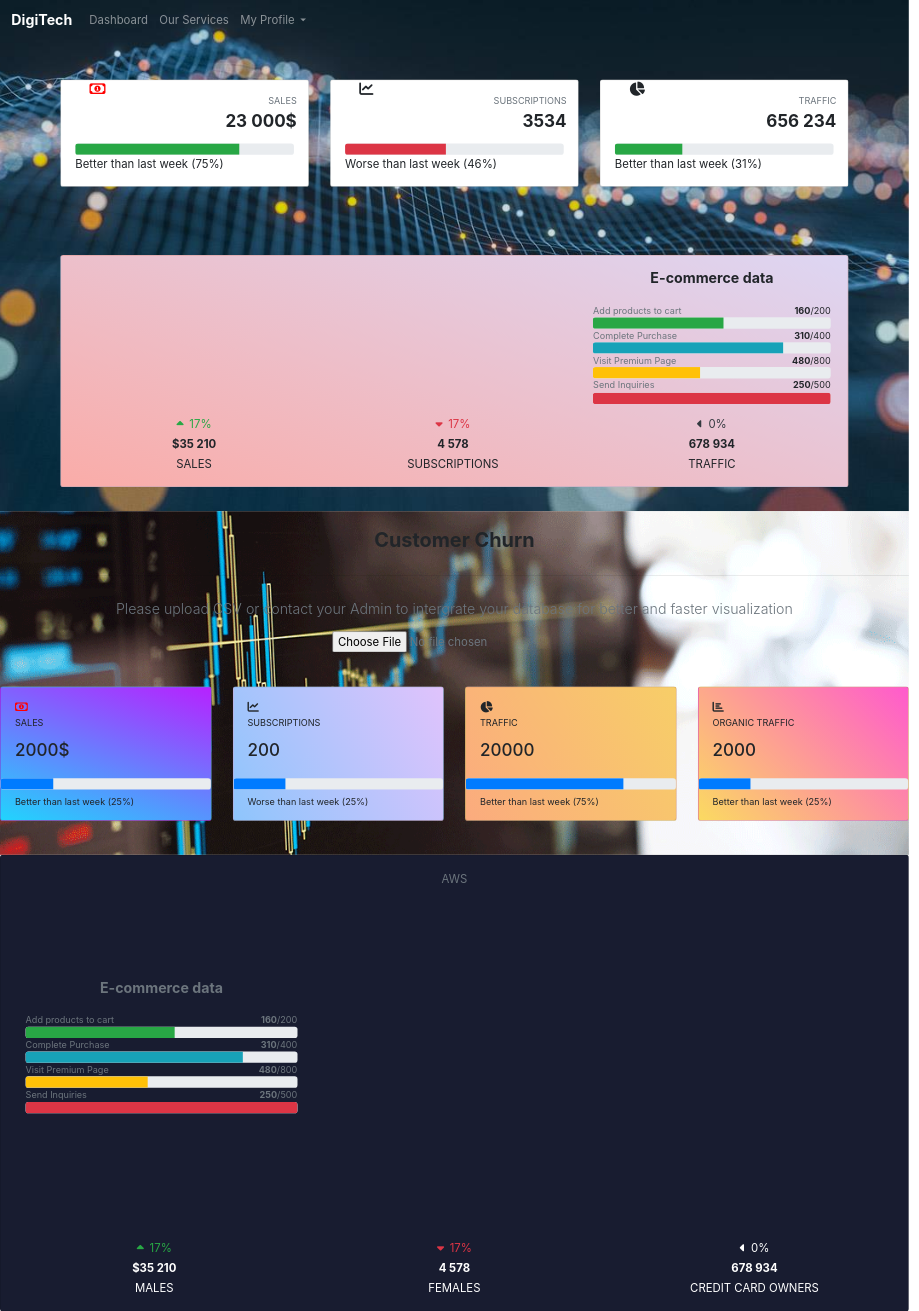
Repository: Tookliin/DigiTech
Page: /data
The author's editor kept a copy of each file at every save. The page is drawn from the files as they stood at one save, then again after the next save.
The browser window is 1280 px wide. The page is 1295 px wide, so the pictures cover 1295 px, including what lies to the right of the window. The pictures show the whole page, at 71% of full size.
The project was rebuilt for these pictures with package versions that can differ from the ones it lists, and the page was loaded fresh each time. Also part of the build but not shown: src/components/Dashboard.vue, src/components/Profile.vue, src/components/Error.vue, src/components/Register.vue.

Above is the page before, as saved 2020-07-22 08:38:38.

After the next save:
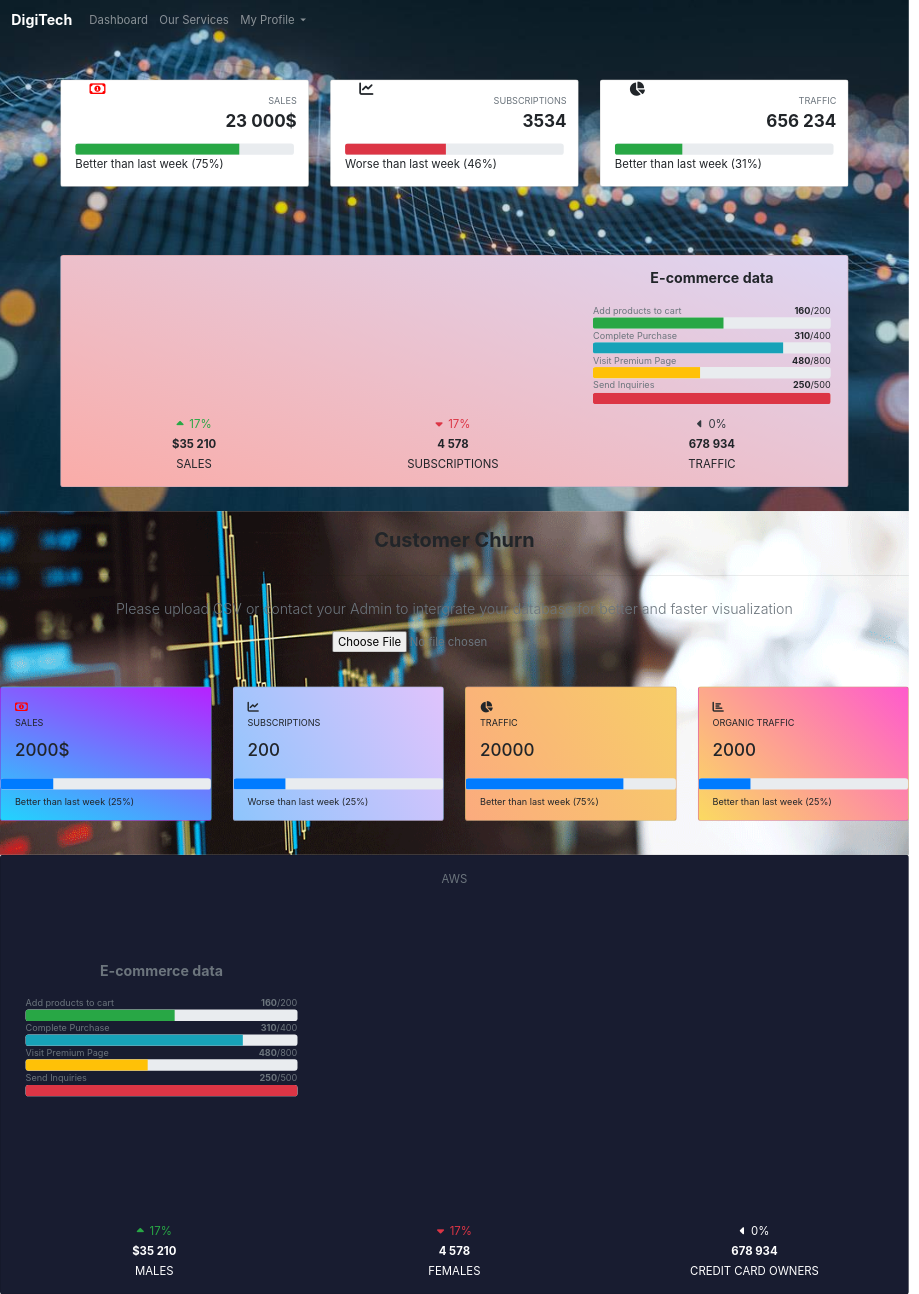
Saved 15 s later.
--- a/src/components/Organization.vue
+++ b/src/components/Organization.vue
@@ -225,7 +225,7 @@
 
                 <a class="primary-color">AWS</a>
                      <div class=" ">
-            <div class="col-md-8 mb-4">
+            <div class="col-md-8 ">
               <canvas id="barChart" height="100"></canvas>
             </div>
             <div class="col-md-4 mb-1 mb-md-0">

After the save that followed:
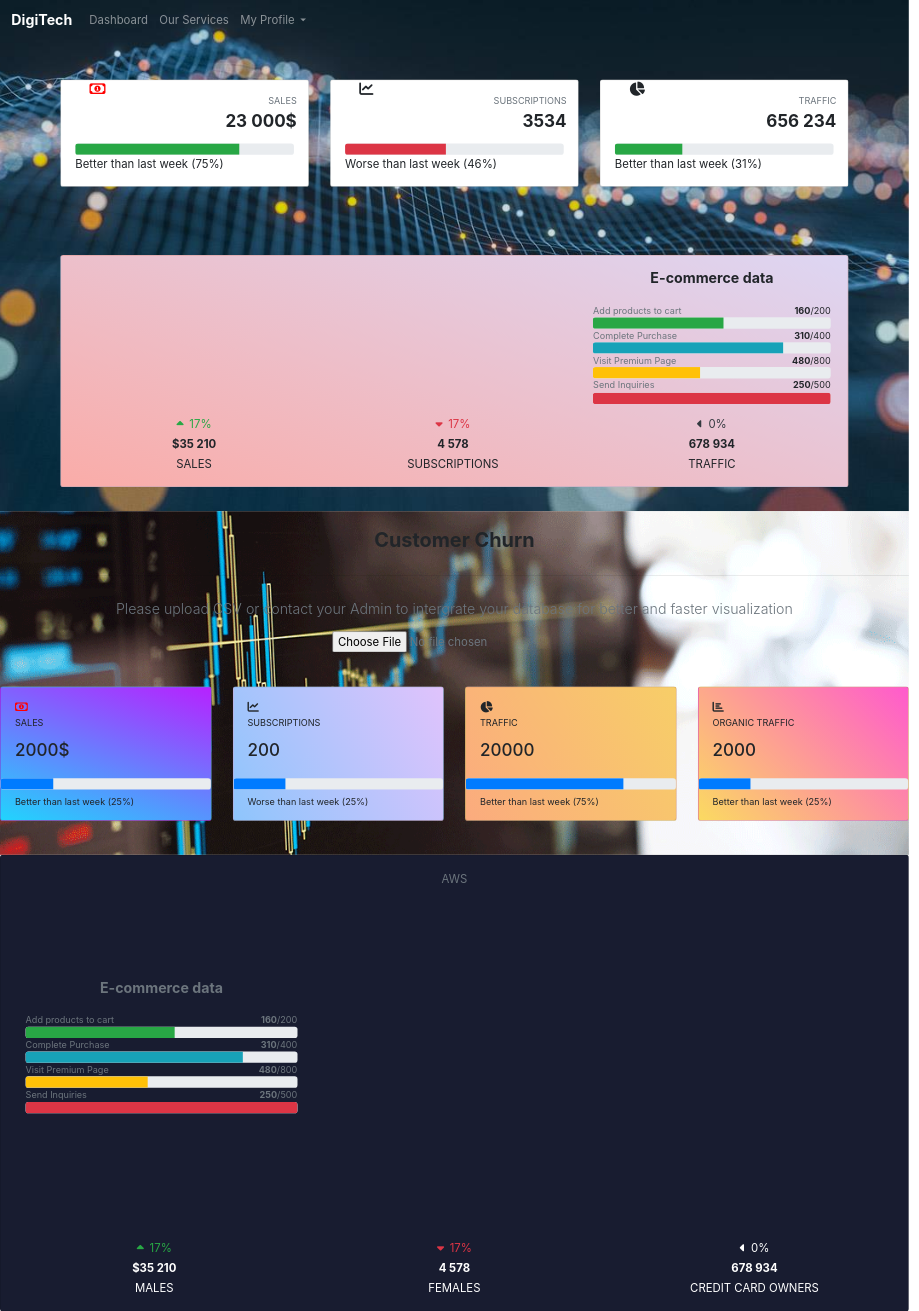
Saved 7 s later.
--- a/src/components/Organization.vue
+++ b/src/components/Organization.vue
@@ -225,7 +225,7 @@
 
                 <a class="primary-color">AWS</a>
                      <div class=" ">
-            <div class="col-md-8 ">
+            <div class="col-md-8 mb-4">
               <canvas id="barChart" height="100"></canvas>
             </div>
             <div class="col-md-4 mb-1 mb-md-0">
